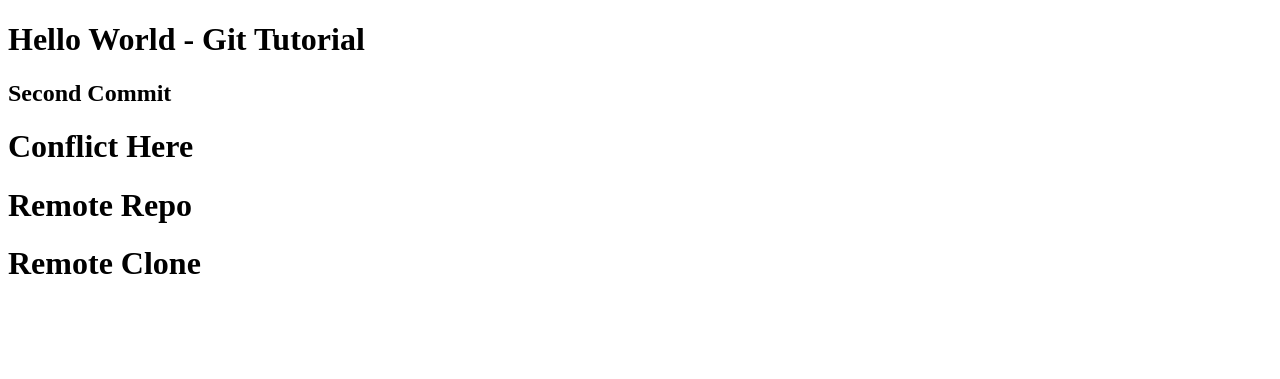
Repository: maianhbao9796/git_tutorial
Page: index.html
These files come from the project's save history. The page is drawn as it stood at one moment and after the next save; the edit follows.
The browser window is 1280 px wide. The pictures show the whole page.

Above is the page before, as saved 2023-02-17 14:20:13.

### index.html
<!DOCTYPE html>
<html lang="en">
<head>
    <meta charset="UTF-8">
    <meta http-equiv="X-UA-Compatible" content="IE=edge">
    <meta name="viewport" content="width=device-width, initial-scale=1.0">
    <title>Git Tutorial</title>
</head>
<body>
    <h1>Hello World - Git Tutorial</h1>

    <h2>Second Commit</h2>
    <h1>Conflict Here</h1>
    <h1>Remote Repo</h1>
    <h1>Remote Clone</h1>
</body>
</html>

After the next save:
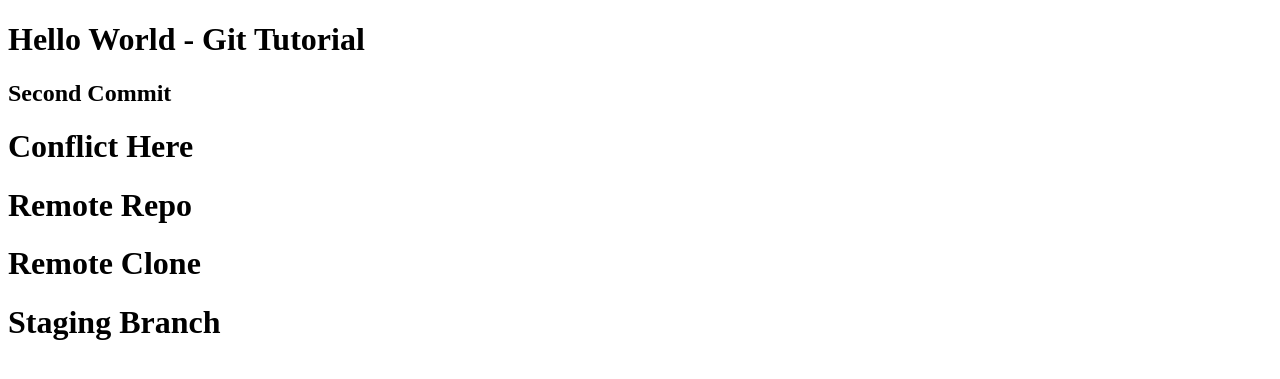
Saved 53 min 8 s later.
--- a/index.html
+++ b/index.html
@@ -13,5 +13,6 @@
     <h1>Conflict Here</h1>
     <h1>Remote Repo</h1>
     <h1>Remote Clone</h1>
+    <h1>Staging Branch</h1>
 </body>
 </html>
